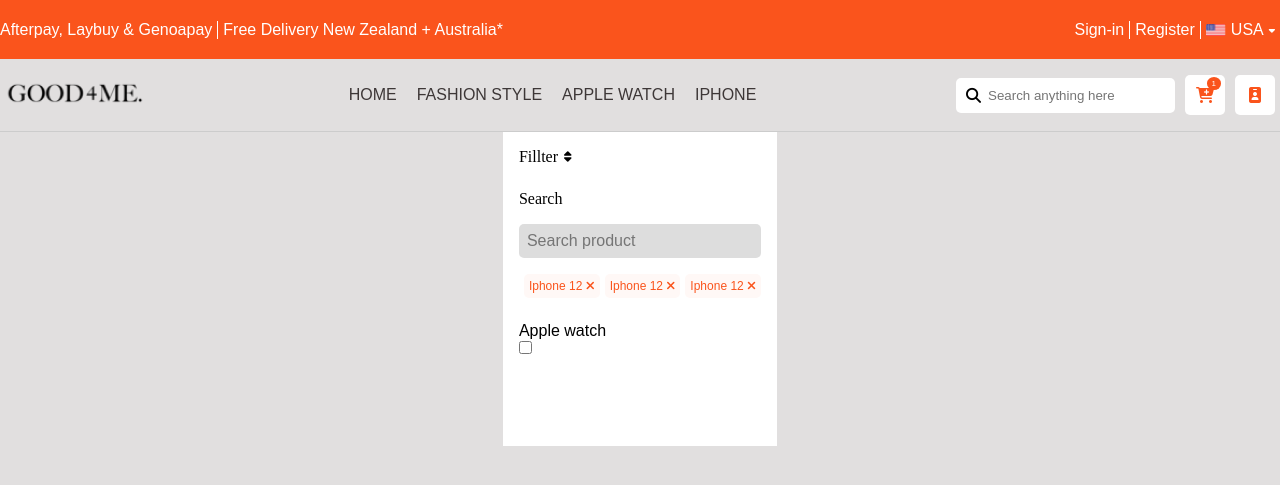
Repository: Ngoc28/Shoppe-web
Page: html/category.html
These files come from the project's save history. The page is drawn as it stood at one moment and after the next save; the edit follows.
The browser window is 1280 px wide. The pictures show the whole page.
Some web fonts or font styles are not loaded; a fallback is used.

Above is the page before, as saved 2023-08-08 14:15:25.

### html/category.html
<!DOCTYPE html>
<html lang="en">
<head>
    <meta charset="UTF-8">
    <meta name="viewport" content="width=device-width, initial-scale=1.0">
    <title>Category</title>
    <link rel="stylesheet" href="../accest/css/base.css">
    <link rel="stylesheet" href="/accest/css/category.css">
    <link rel="stylesheet" href="https://cdnjs.cloudflare.com/ajax/libs/font-awesome/6.4.2/css/all.min.css"
        integrity="sha512-z3gLpd7yknf1YoNbCzqRKc4qyor8gaKU1qmn+CShxbuBusANI9QpRohGBreCFkKxLhei6S9CQXFEbbKuqLg0DA=="
        crossorigin="anonymous" referrerpolicy="no-referrer" />
</head>
<body>
    <header>
        <div class="header-top">
            <div class="header-info wide">
                <div class="header-info-dis">
                    <p class="header-info-country">Afterpay, Laybuy & Genoapay</p>
                    <div class="boder-r"></div>
                    <p class="header-info-country">Free Delivery New Zealand + Australia*</p>
                </div>
                <div class="header-info-user">
                    <div class="header-authen">
                        <p class="btn-sign">Sign-in</p>
                        <div class="boder-r"></div>
                        <p class="btn-register">Register</p>
                        <div class="boder-r"></div>
                    </div>
                    <div class="header-contry">
                        <img src="../accest/image/co.png" alt="" width="20px" , height="12px">
                        <p class="btn-country">
                            USA
                            <i class="fa-solid fa-caret-down"></i>
                        </p>
                    </div>
                </div>
            </div>
        </div>
        <div class="header-bot">
            <div class="header-nav wide">
                <div class="header-logo">
                    <img src="../accest/image/Logo_-_Good4Me_140x 1.png" alt="">
                </div>
                <div class="header-navbar">
                    <ul class="nav-link">
                        <li class="nav-item"><a href="/index.html">Home</a></li>
                        <li class="nav-item"><a href="">Fashion style</a></li>
                        <li class="nav-item"><a href="#">Apple watch</a></li>
                        <li class="nav-item"><a href="">Iphone</a></li>
                    </ul>
                </div>
                <div class="header-choose">
                    <label for="search" class="header-search">
                        <i class="fa-solid fa-magnifying-glass"></i>
                        <input type="text" placeholder="Search anything here" id="search">
                    </label>
                    <div class="header-cart">
                        <i class="fa-solid fa-cart-plus"></i>

                        <div class="cart-number">
                            <span>1</span>
                        </div>
                    </div>
                    <div class="header-contact">
                        <i class="fa-solid fa-id-badge"></i>
                    </div>
                </div>
            </div>
        </div>
    </header>

    <div class="container">
        <div class="container-width main-width">
            <div class="container-nav">
                <div class="container-nav-fil">
                    <p>Fillter</p>
                    <i class="fa-solid fa-sort"></i>
                </div>
                <div class="container-nav-search">
                    <label for="search">Search</label>
                    <input type="search" name="search" id="search" placeholder="Search product">
                    <div class="btn-his">
                        <button>
                            Iphone 12
                            <i class="fa-solid fa-xmark"></i>
                        </button>
                        <button>
                            Iphone 12
                            <i class="fa-solid fa-xmark"></i>
                        </button>
                        <button>
                            Iphone 12
                            <i class="fa-solid fa-xmark"></i>
                        </button>

                    </div>
                </div>
                <div class="container-nav-brand">
                    <div class="container-nav-heading">
                        <p>Apple watch</p>
                    </div>
                    <div class="container-nav-check">
                        <input type="checkbox">
                    </div>
                </div>
                <div class="container-nav-price">

                </div>
                <div class="container-nav-staus">

                </div>
            </div>
            <div class="container-product">

            </div>
        </div>
    </div>
</body>
</html>

### accest/css/base.css
@font-face{font-family:gilroy-bold;font-style:normal;font-weight:400;src:local('Gilroy-Bold'),url(https://fonts.cdnfonts.com/s/16219/Gilroy-Bold.woff) format('woff')}@font-face{font-family:gilroy-heavy;font-style:normal;font-weight:400;src:local('Gilroy-Heavy'),url(https://fonts.cdnfonts.com/s/16219/Gilroy-Heavy.woff) format('woff')}@font-face{font-family:gilroy-light;font-style:normal;font-weight:400;src:local('Gilroy-Light'),url(https://fonts.cdnfonts.com/s/16219/Gilroy-Light.woff) format('woff')}@font-face{font-family:gilroy-medium;font-style:normal;font-weight:400;src:local('Gilroy-Medium'),url(https://fonts.cdnfonts.com/s/16219/Gilroy-Medium.woff) format('woff')}@font-face{font-family:gilroy-regular;font-style:normal;font-weight:400;src:local('Gilroy-Regular'),url(https://fonts.cdnfonts.com/s/16219/Gilroy-Regular.woff) format('woff')}

*{
    padding: 0;
    margin: 0;
    box-sizing: border-box;
}

:root {
    --main-color: #FA541C;
    --footer-color: #FFF8F6;
    --white-color: #FFFF;
    --text-color: #3D3737;
    --gray-text:#85858A;
    --gray-background: #DDDDDD;
    --main-background: #e0ddddef;
}

.wide{
    width: 1280px;
}

html {
    font-family: gilroy-regular, sans-serif;
}

body {
    background: var(--main-background);
}
/* header */
header {
}

.header-top {
    background: var(--main-color);
    display: flex;
    justify-content: center;
    align-items: center;
    width: 100%;
    height: 100%;
    height: 59px;
}

.header-info {
    display: flex;
    justify-content: space-between;
}

.header-info-dis {
    display: flex;
}

.header-info-country {
    font-size: 16px;
    font-weight: 300;
    color: var(--white-color);
}

.boder-r {
    border-right: 1px solid #fff;
    margin: 0 5px;
}

.header-authen {
    display: flex;
}

.header-info-user {
    display: flex;

}

.btn-sign,
.btn-register {
    border: none;
    background-color: var(--main-color);
    color: var(--white-color);
    font-size: 16px;
    font-weight: 200;
    cursor: pointer;
}


.header-contry {
    display: flex;
    align-items: center;
}

.btn-country {
    border: none;
    background: var(--main-color);
    color: var(--white-color);
    font-size: 16px;
    font-weight: 300;
    text-transform: uppercase;
    padding: 0 5px;
    display: flex;
    align-items: center;
    cursor: pointer;
}

.btn-country i {
    padding-left:5px ;
    font-size: 10px;
    color: var(--white-color);
}

/* NAVBAR */
.header-bot {
    display: flex;
    justify-content: center;
    /* margin: 0 auto; */
    width: 100%;
    /* height: 100%;      */
    border-bottom: 1px solid #ccc ;
    /* background: var(--gray-background); */
}

.header-logo img {
    object-fit: cover;
}

.header-nav {
    height: 72px;
    display: flex;
    align-items: center;
    justify-content: space-between;
}

.nav-link {
    display: flex;

}

.nav-item {
    list-style: none;
}

.nav-item a {
    text-decoration: none;
    color: var(--text-color);
    font-size: 16px;
    font-weight: 600px;
    padding: 0 10px;
    text-transform: uppercase;
}

.nav-item a:hover {
    color: var(--main-color);
}

.header-choose {
    display: flex;
    align-items: center;
    border-radius: 5px;

}

.header-search {
    background: var(--white-color);
    padding: 10px;
    display: flex;
    align-items: center;
    justify-content: center;
    border-radius: 5px;
    margin-right: 5px;
}

.header-search input {
    border: none;
    outline: none;

}

.header-search i {
    font-size: 15px;
    margin-right: 7px;
}

.header-cart,
.header-contact {
    background: var(--white-color);
    /* padding: 10px; */
    border-radius: 5px;
    margin: 0 5px;
    width: 40px;
    height: 40px;
    display: flex;
    justify-content: center;
    align-items: center;
}

.header-cart {
    position: relative;
}

.header-cart i,
.header-contact i {
    color: var(--main-color);
}

.cart-number {
    position: absolute;
    top: -3px;
    right: 4px;
    z-index: 1;
    /* width: 30px;
    height: 30px; */
}
.cart-number span {
    padding: 2px 5px;
    font-size: 8px;
    border-radius: 50%;
    background: var(--main-color);
    color: var(--white-color);
}

/* product */

.component {
    display: flex;
    flex-direction: column;
    margin: 32px auto 0;
}

.product {
    margin: 32px 0;
    display: flex;
    flex-wrap: wrap;
    gap: 32px;
}


.product-item {
    background: var(--white-color);
    display: flex;
    padding: 10px;
    flex: 1;
    border-radius: 8px;
}

.product-info {
    display: flex;
    flex-direction: column;
    gap: 16px;
    margin: auto 0;
}

.product-img {
    margin-right: 10px;
}

.product-img img {
    object-fit: cover;
}

.product-info-title {
    display: flex;
    justify-content: space-between;
}

.product-info-title p {
    font-family: gilroy-medium;
    font-size: 16px;
}

.product-info-title button {
    border: none;
    background: #F6FFED;
    color: #389E0D;
    padding: 5px;
}

.product-info-text p {
    font-size: 16px;
}

.product-info-color {
    display: flex;
}

.product-info-color p {
    font-size: 16px;
    margin-right: 5px;
}

.product-choose-color {
    display: flex;
    background-color: var(--gray-background);
    border-radius: 6px;
    padding: 3px;
}

.product-choose-white{
    margin-right: 5px;
    padding: 1px 8px;
    background: var(--white-color);
    border-radius: 50%;
}

.product-choose-black{
    margin-right: 5px;
    padding: 1px 8px;
    background: #000;
    border-radius: 50%;
}

.product-choose-vio{
    margin-right: 5px;

    padding: 1px 8px ;
    background: #304A23;
    border-radius: 50%;
}

.product-choose-red{
    padding: 1px 8px;
    background: #AF0303;
    border-radius: 50%;
}

.product-info-status {
    display: flex;
}

.product-info-status p{
    font-size: 16px;
    color: var(--text-color);
    margin-right: 5px;
}

.product-info-status span {
    color: #389E0D;
}

.product-info-price {
    display: flex;
    justify-content: space-between;
}

.product-info-price span{
    font-family: gilroy-medium;
    font-size: 16px;
}


/* footer */
footer {
    padding: 32px 0;
    background: var(--footer-color);
}


.footer-top {
    display: flex;
    gap: 40px;
    margin: 0 auto 32px;
}

.text {
    flex: 1;
    display: flex;
    flex-direction: column;
    gap: 16px;
}

.footer-logo img {
    object-fit: cover;
}


.footer-item p {
    font-family: gilroy-medium;
    font-size: 20px;
    text-transform: uppercase;
}

.text p {
    font-size: 16px;
}

.line-footer {
    width: 1280px;
    border-bottom: 1px solid var(--text-color);
    margin: 0 auto 32px;

}

.footer-bot {
    display: flex;
    justify-content: space-between;
    margin: 0 auto;
}

.footer-bot-text p {
    font-size: 16px;
}

.footer-bot-text p span {
    font-family: gilroy-medium;
    color: var(--main-color);
    text-transform: uppercase;
}

### accest/css/category.css
.container {
    display: flex;
    justify-content: center;
}

.container-nav{
    display: flex;
    flex-direction: column;
    background: var(--white-color);
    flex: 1;
    gap: 24px;
    padding: 16px 16px 40px;
    flex-direction: column;
}

.container-nav-fil {
    display: flex;
    align-items: center;
}

.container-nav-fil p{
    font-size: 16px;
    margin-right: 6px;
    font-family: gilroy-medium;

}

.container-nav-fil i {
    font-size: 12px;
}

.container-product {
    flex: 4;
}

.container-nav-search {
    display: flex;
    flex-direction: column;
    gap: 16px;
}

.container-nav-search label{
    display: block;
    font-family: gilroy-medium;
    font-size: 16px;
}

.container-nav-search input {
    background: var(--gray-background);
    border: none;
    outline: none;
    padding: 8px;
    border-radius: 5px;
    font-size: 16px;
}

.btn-his {
    display: flex;
    flex-wrap: wrap;
}

.btn-his button{
    margin-left: 5px;
    background: #FFF8F6;
    color: var(--main-color);
    padding: 5px;
    border-radius: 5px;
    font-size: 12px;
    border: none;
    cursor: pointer;
}

.btn-his button:hover {
    background: var(--main-color);
    color: var(--white-color);
}

After the next save:
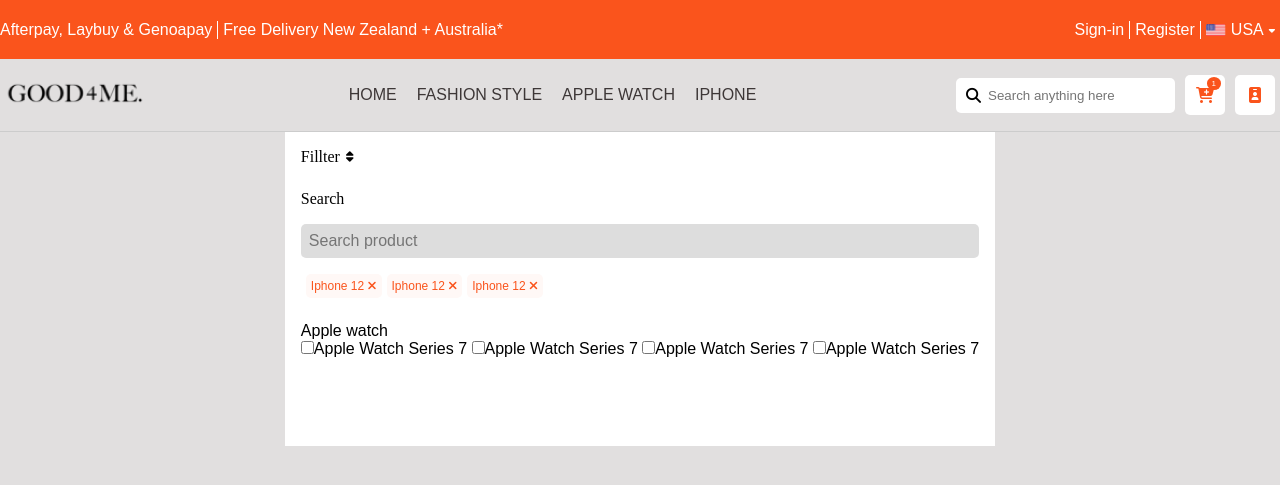
Saved 19 s later.
--- a/html/category.html
+++ b/html/category.html
@@ -100,7 +100,10 @@
                         <p>Apple watch</p>
                     </div>
                     <div class="container-nav-check">
-                        <input type="checkbox">
+                        <input type="checkbox">Apple Watch Series 7
+                        <input type="checkbox">Apple Watch Series 7
+                        <input type="checkbox">Apple Watch Series 7
+                        <input type="checkbox">Apple Watch Series 7
                     </div>
                 </div>
                 <div class="container-nav-price">
